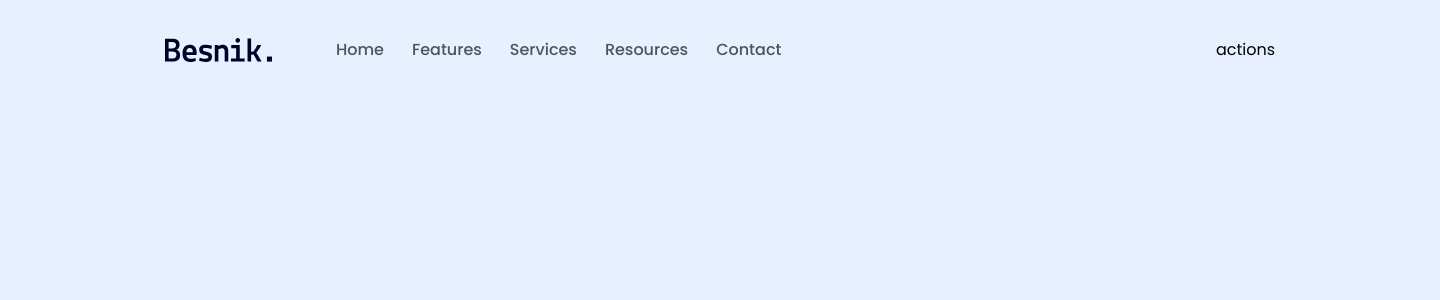
Repository: datvu1608/dv-htmlcss-01
Page: index.html
The author's editor kept a copy of each file at every save. The page is drawn from the files as they stood at one save, then again after the next save.
The browser window is 1280 px wide. The page is 1440 px wide, so the pictures cover 1440 px, including what lies to the right of the window. The pictures show the whole page.

Above is the page before, as saved 2023-06-01 14:21:35.

After the next save:
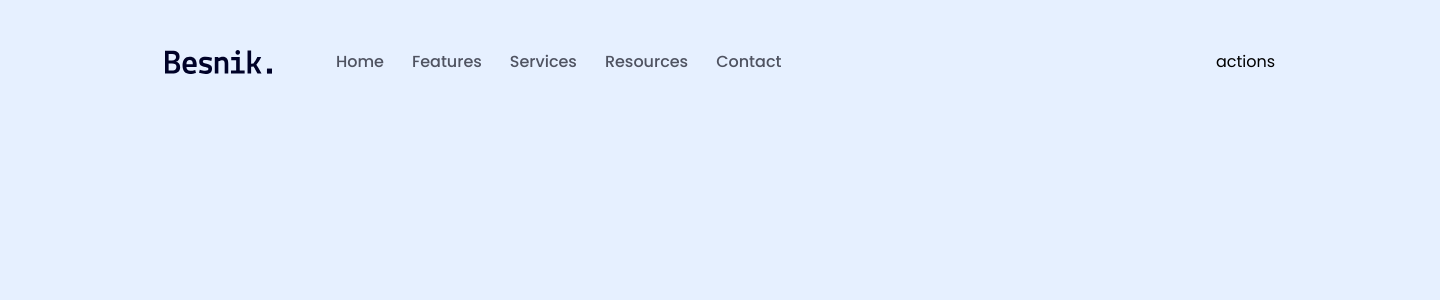
Saved 17 s later.
--- a/assets/css/style.css
+++ b/assets/css/style.css
@@ -28,7 +28,7 @@
 .navbar {
   display: flex;
   align-items: center;
-  padding-top: 38px;
+  padding-top: 50px;
 }
 
 .navbar ul {
